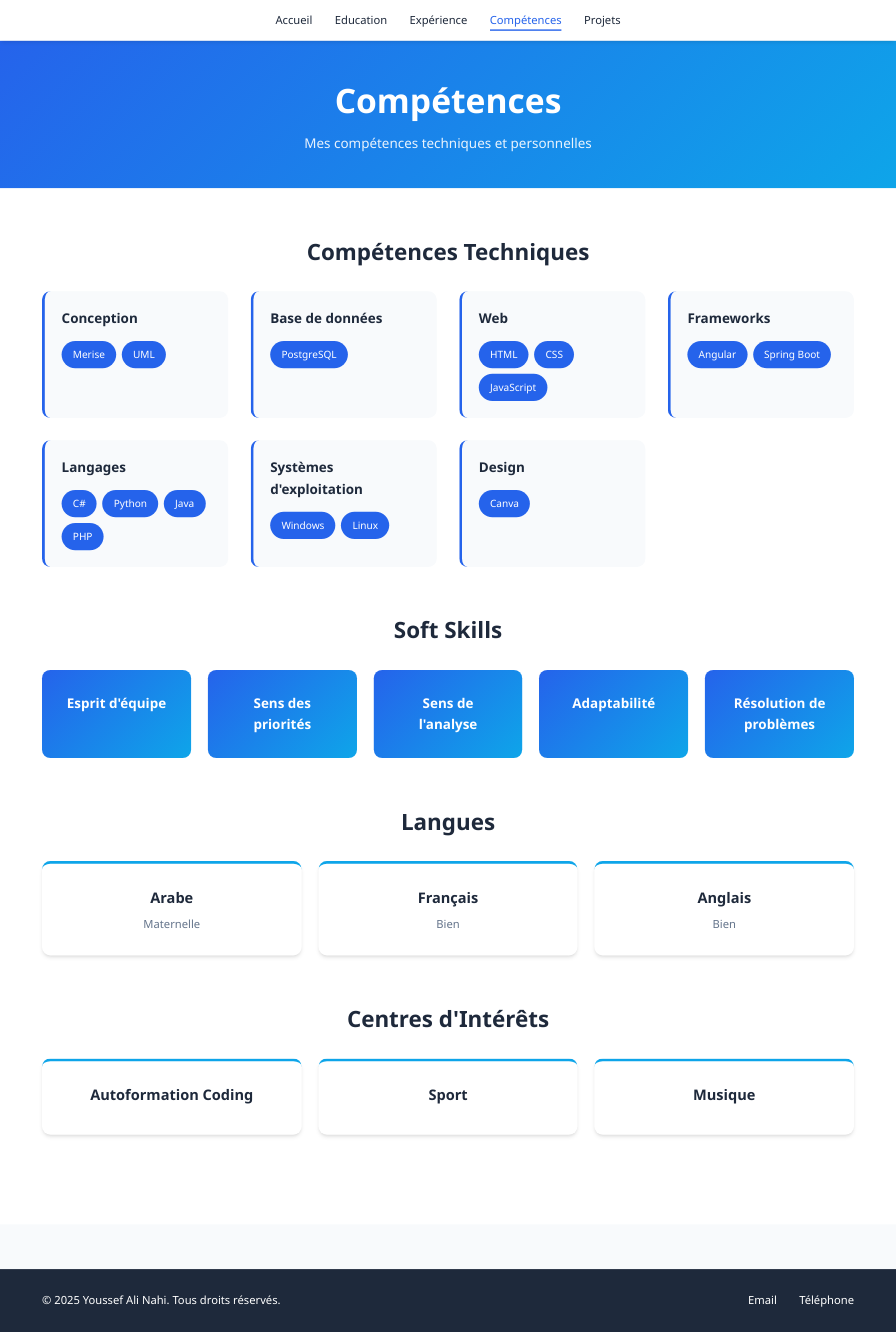
Repository: Youssef-Nahi504/My_Portfolio
Page: competences.html
These files come from the project's save history. The page is drawn as it stood at one moment and after a run of saves; the edit follows.
The browser window is 1280 px wide. The pictures show the whole page, at 70% of full size.

Above is the page before, as saved 2025-12-19 16:14:28.

### competences.html
<!DOCTYPE html>
<html lang="fr">
<head>
    <meta charset="UTF-8">
    <meta name="viewport" content="width=device-width, initial-scale=1.0">
    <title>Compétences - Youssef Ali Nahi</title>
    <link rel="stylesheet" href="style.css">
</head>
<body>
    <nav class="navbar">
        <div class="nav-container">
            <ul class="nav-menu">
                <li><a href="index.html">Accueil</a></li>
                <li><a href="Education.html" >Education</a></li>
                <li><a href="experience.html">Expérience</a></li>
                <li><a href="competences.html" class="active">Compétences</a></li>
                <li><a href="projets.html">Projets</a></li>
            </ul>
            <div class="hamburger">
                <span></span>
                <span></span>
                <span></span>
            </div>
        </div>
    </nav>

    <main>
        <section class="page-header">
            <div class="container">
                <h1>Compétences</h1>
                <p>Mes compétences techniques et personnelles</p>
            </div>
        </section>

        <section class="skills-section">
            <div class="container">
                <div class="skills-category">
                    <h2 class="category-title">Compétences Techniques</h2>
                    <div class="skills-grid">
                        <div class="skill-group">
                            <h3>Conception</h3>
                            <div class="skill-tags">
                                <span class="skill-tag">Merise</span>
                                <span class="skill-tag">UML</span>
                            </div>
                        </div>
                        <div class="skill-group">
                            <h3>Base de données</h3>
                            <div class="skill-tags">
                                <span class="skill-tag">PostgreSQL</span>
                            </div>
                        </div>
                        <div class="skill-group">
                            <h3>Web</h3>
                            <div class="skill-tags">
                                <span class="skill-tag">HTML</span>
                                <span class="skill-tag">CSS</span>
                                <span class="skill-tag">JavaScript</span>
                            </div>
                        </div>
                        <div class="skill-group">
                            <h3>Frameworks</h3>
                            <div class="skill-tags">
                                <span class="skill-tag">Angular</span>
                                <span class="skill-tag">Spring Boot</span>
                            </div>
                        </div>
                        <div class="skill-group">
                            <h3>Langages</h3>
                            <div class="skill-tags">
                                <span
                                <span class="skill-tag">C#</span>
                                <span class="skill-tag">Python</span>
                                <span class="skill-tag">Java</span>
                                <span class="skill-tag">PHP</span>
                            </div>
                        </div>
                        <div class="skill-group">
                            <h3>Systèmes d'exploitation</h3>
                            <div class="skill-tags">
                                <span class="skill-tag">Windows</span>
                                <span class="skill-tag">Linux</span>
                            </div>
                        </div>
                        <div class="skill-group">
                            <h3>Design</h3>
                            <div class="skill-tags">
                                <span class="skill-tag">Canva</span>
                            </div>
                        </div>
                    </div>
                </div>

                <div class="skills-category">
                    <h2 class="category-title">Soft Skills</h2>
                    <div class="soft-skills-grid">
                        <div class="soft-skill-card">
                            <h3>Esprit d'équipe</h3>
                        </div>
                        <div class="soft-skill-card">
                            <h3>Sens des priorités</h3>
                        </div>
                        <div class="soft-skill-card">
                            <h3>Sens de l'analyse</h3>
                        </div>
                        <div class="soft-skill-card">
                            <h3>Adaptabilité</h3>
                        </div>
                        <div class="soft-skill-card">
                            <h3>Résolution de problèmes</h3>
                        </div>
                    </div>
                </div>

                <div class="skills-category">
                    <h2 class="category-title">Langues</h2>
                    <div class="languages-grid">
                        <div class="language-card">
                            <h3>Arabe</h3>
                            <p>Maternelle</p>
                        </div>
                        <div class="language-card">
                            <h3>Français</h3>
                            <p>Bien</p>
                        </div>
                        <div class="language-card">
                            <h3>Anglais</h3>
                            <p>Bien</p>
                        </div>
                    </div>
                </div>

                <div class="skills-category">
                    <h2 class="category-title">Centres d'Intérêts</h2>
                    <div class="interests-grid">
                        <div class="interest-card">
                            <h3>Autoformation Coding</h3>
                        </div>
                        <div class="interest-card">
                            <h3>Sport</h3>
                        </div>
                        <div class="interest-card">
                            <h3>Musique</h3>
                        </div>
                    </div>
                </div>
            </div>
        </section>
    </main>

    <footer>
        <div class="container">
            <p>&copy; 2025 Youssef Ali Nahi. Tous droits réservés.</p>
            <div class="footer-links">
                <a href="mailto:nahiyoussef02@gmail.com">Email</a>
                <a href="tel:+212619303473">Téléphone</a>
            </div>
        </div>
    </footer>

    <script src="file.js"></script>
</body>
</html>

### style.css
* {
    margin: 0;
    padding: 0;
    box-sizing: border-box;
}

:root {
    --primary-color: #2563eb;
    --primary-dark: #1e40af;
    --secondary-color: #64748b;
    --accent-color: #0ea5e9;
    --text-dark: #1e293b;
    --text-light: #64748b;
    --bg-light: #f8fafc;
    --bg-white: #ffffff;
    --border-color: #e2e8f0;
    --shadow: 0 4px 6px -1px rgba(0, 0, 0, 0.1), 0 2px 4px -1px rgba(0, 0, 0, 0.06);
    --shadow-lg: 0 10px 15px -3px rgba(0, 0, 0, 0.1), 0 4px 6px -2px rgba(0, 0, 0, 0.05);
}

body {
    font-family: 'Segoe UI', Tahoma, Geneva, Verdana, sans-serif;
    line-height: 1.6;
    color: var(--text-dark);
    background-color: var(--bg-light);
}

.container {
    max-width: 1200px;
    margin: 0 auto;
    padding: 0 20px;
}

/* Navigation */
.navbar {
    background: var(--bg-white);
    box-shadow: var(--shadow);
    position: sticky;
    top: 0;
    z-index: 1000;
    padding: 1rem 0;
}

.nav-container {
    max-width: 1200px;
    margin: 0 auto;
    padding: 0 20px;
    display: flex;
  justify-content: center; /* horizontal */
  align-items: center;
}

.logo {
    font-size: 1.5rem;
    font-weight: bold;
    color: var(--primary-color);
    letter-spacing: 2px;
}

.nav-menu {
    display: flex;
    list-style: none;
    gap: 2rem;
}

.nav-menu a {
    text-decoration: none;
    color: var(--text-dark);
    font-weight: 500;
    transition: color 0.3s ease;
    position: relative;
}

.nav-menu a:hover,
.nav-menu a.active {
    color: var(--primary-color);
}

.nav-menu a.active::after {
    content: '';
    position: absolute;
    bottom: -5px;
    left: 0;
    width: 100%;
    height: 2px;
    background: var(--primary-color);
}

.hamburger {
    display: none;
    flex-direction: column;
    cursor: pointer;
    gap: 4px;
}

.hamburger span {
    width: 25px;
    height: 3px;
    background: var(--text-dark);
    transition: all 0.3s ease;
}

/* Hero Section */
.hero {
    background: linear-gradient(135deg, var(--primary-color) 0%, var(--accent-color) 100%);
    color: white;
    padding: 4rem 0;
    min-height: 80vh;
    display: flex;
    align-items: center;
}

.hero-content {
    max-width: 1200px;
    margin: 0 auto;
    padding: 0 20px;
    display: grid;
    grid-template-columns: 1fr 1fr;
    gap: 3rem;
    align-items: center;
}

.hero-text h1 {
    font-size: 3rem;
    margin-bottom: 0.5rem;
    font-weight: 700;
}

.hero-text h2 {
    font-size: 1.5rem;
    margin-bottom: 1.5rem;
    opacity: 0.9;
    font-weight: 400;
}

.hero-subtitle {
    font-size: 1.1rem;
    margin-bottom: 2rem;
    opacity: 0.95;
    line-height: 1.8;
}

.hero-buttons {
    display: flex;
    gap: 1rem;
    flex-wrap: wrap;
}

.btn {
    padding: 0.75rem 2rem;
    border-radius: 8px;
    text-decoration: none;
    font-weight: 600;
    transition: all 0.3s ease;
    display: inline-block;
}

.btn-primary {
    background: white;
    color: var(--primary-color);
}

.btn-primary:hover {
    transform: translateY(-2px);
    box-shadow: var(--shadow-lg);
}

.btn-secondary {
    background: transparent;
    color: white;
    border: 2px solid white;
}

.btn-secondary:hover {
    background: white;
    color: var(--primary-color);
}

.profile-card {
    background: rgba(255, 255, 255, 0.1);
    backdrop-filter: blur(10px);
    border-radius: 16px;
    padding: 2rem;
    border: 1px solid rgba(255, 255, 255, 0.2);
}

.profile-info p {
    margin-bottom: 1rem;
    font-size: 1rem;
}

.profile-info strong {
    display: inline-block;
    width: 140px;
}

/* About Section */
.about {
    padding: 4rem 0;
    background: var(--bg-white);
}

.section-title {
    font-size: 2.5rem;
    margin-bottom: 2rem;
    text-align: center;
    color: var(--text-dark);
}

.about-content {
    max-width: 800px;
    margin: 0 auto 3rem;
    text-align: center;
}

.about-content p {
    font-size: 1.1rem;
    color: var(--text-light);
    margin-bottom: 1.5rem;
    line-height: 1.8;
}

.quick-links {
    display: grid;
    grid-template-columns: repeat(auto-fit, minmax(250px, 1fr));
    gap: 2rem;
    margin-top: 3rem;
}

.quick-link-card {
    background: var(--bg-white);
    padding: 2rem;
    border-radius: 12px;
    text-decoration: none;
    color: var(--text-dark);
    box-shadow: var(--shadow);
    transition: all 0.3s ease;
    border: 2px solid transparent;
}

.quick-link-card:hover {
    transform: translateY(-5px);
    box-shadow: var(--shadow-lg);
    border-color: var(--primary-color);
}

.quick-link-card h3 {
    color: var(--primary-color);
    margin-bottom: 0.5rem;
    font-size: 1.5rem;
}

.quick-link-card p {
    color: var(--text-light);
}

/* Page Header */
.page-header {
    background: linear-gradient(135deg, var(--primary-color) 0%, var(--accent-color) 100%);
    color: white;
    padding: 3rem 0;
    text-align: center;
}

.page-header h1 {
    font-size: 3rem;
    margin-bottom: 0.5rem;
}

.page-header p {
    font-size: 1.2rem;
    opacity: 0.9;
}

/* Experience Section */
.experience-section {
    padding: 4rem 0;
    background: var(--bg-white);
}

.timeline {
    position: relative;
    max-width: 900px;
    margin: 0 auto;
    padding: 2rem 0;
}

.timeline::before {
    content: '';
    position: absolute;
    left: 30px;
    top: 0;
    bottom: 0;
    width: 2px;
    background: var(--border-color);
}

.timeline-item {
    position: relative;
    margin-bottom: 3rem;
    padding-left: 80px;
}

.timeline-marker {
    position: absolute;
    left: 22px;
    top: 0;
    width: 16px;
    height: 16px;
    border-radius: 50%;
    background: var(--primary-color);
    border: 4px solid var(--bg-white);
    box-shadow: var(--shadow);
}

.timeline-content {
    background: var(--bg-white);
    padding: 2rem;
    border-radius: 12px;
    box-shadow: var(--shadow);
    transition: all 0.3s ease;
}

.timeline-content:hover {
    box-shadow: var(--shadow-lg);
    transform: translateX(5px);
}

.timeline-date {
    color: var(--primary-color);
    font-weight: 600;
    margin-bottom: 0.5rem;
    font-size: 0.9rem;
}

.timeline-content h3 {
    color: var(--text-dark);
    margin-bottom: 0.25rem;
    font-size: 1.5rem;
}

.timeline-content h4 {
    color: var(--text-light);
    margin-bottom: 1rem;
    font-weight: 500;
}

.timeline-content ul {
    list-style: none;
    padding-left: 0;
}

.timeline-content li {
    padding-left: 1.5rem;
    position: relative;
    margin-bottom: 0.5rem;
    color: var(--text-light);
}

.timeline-content li::before {
    content: '▸';
    position: absolute;
    left: 0;
    color: var(--primary-color);
}

/* Education Section */
.education-section {
    padding: 4rem 0;
    background: var(--bg-light);
}

.education-grid {
    display: grid;
    grid-template-columns: repeat(auto-fit, minmax(300px, 1fr));
    gap: 2rem;
    max-width: 900px;
    margin: 0 auto;
}

.education-card {
    background: var(--bg-white);
    padding: 2rem;
    border-radius: 12px;
    box-shadow: var(--shadow);
    transition: all 0.3s ease;
    border-top: 4px solid var(--primary-color);
}

.education-card:hover {
    transform: translateY(-5px);
    box-shadow: var(--shadow-lg);
}

.education-year {
    color: var(--primary-color);
    font-weight: 600;
    margin-bottom: 1rem;
    font-size: 0.9rem;
}

.education-card h3 {
    color: var(--text-dark);
    margin-bottom: 0.5rem;
    font-size: 1.3rem;
}

.education-card h4 {
    color: var(--text-light);
    margin-bottom: 1rem;
    font-weight: 500;
}

.education-institution {
    color: var(--text-light);
    font-style: italic;
}

/* Skills Section */
.skills-section {
    padding: 4rem 0;
    background: var(--bg-white);
}

.skills-category {
    margin-bottom: 4rem;
}

.category-title {
    font-size: 2rem;
    margin-bottom: 2rem;
    color: var(--text-dark);
    text-align: center;
}

.skills-grid {
    display: grid;
    grid-template-columns: repeat(auto-fit, minmax(250px, 1fr));
    gap: 2rem;
}

.skill-group {
    background: var(--bg-light);
    padding: 1.5rem;
    border-radius: 12px;
    border-left: 4px solid var(--primary-color);
}

.skill-group h3 {
    color: var(--text-dark);
    margin-bottom: 1rem;
    font-size: 1.2rem;
}

.skill-tags {
    display: flex;
    flex-wrap: wrap;
    gap: 0.5rem;
}

.skill-tag {
    background: var(--primary-color);
    color: white;
    padding: 0.5rem 1rem;
    border-radius: 20px;
    font-size: 0.9rem;
    font-weight: 500;
}

.soft-skills-grid {
    display: grid;
    grid-template-columns: repeat(auto-fit, minmax(200px, 1fr));
    gap: 1.5rem;
}

.soft-skill-card {
    background: linear-gradient(135deg, var(--primary-color) 0%, var(--accent-color) 100%);
    color: white;
    padding: 2rem;
    border-radius: 12px;
    text-align: center;
    transition: all 0.3s ease;
}

.soft-skill-card:hover {
    transform: translateY(-5px);
    box-shadow: var(--shadow-lg);
}

.soft-skill-card h3 {
    font-size: 1.2rem;
}

.languages-grid,
.interests-grid {
    display: grid;
    grid-template-columns: repeat(auto-fit, minmax(200px, 1fr));
    gap: 1.5rem;
}

.language-card,
.interest-card {
    background: var(--bg-white);
    padding: 2rem;
    border-radius: 12px;
    box-shadow: var(--shadow);
    text-align: center;
    transition: all 0.3s ease;
    border-top: 4px solid var(--accent-color);
}

.language-card:hover,
.interest-card:hover {
    transform: translateY(-5px);
    box-shadow: var(--shadow-lg);
}

.language-card h3,
.interest-card h3 {
    color: var(--text-dark);
    margin-bottom: 0.5rem;
    font-size: 1.3rem;
}

.language-card p {
    color: var(--text-light);
    font-weight: 500;
}

/* Projects Section */
.projects-section {
    padding: 4rem 0;
    background: var(--bg-white);
}

.projects-grid {
    display: grid;
    grid-template-columns: repeat(auto-fit, minmax(300px, 1fr));
    gap: 2rem;
}

.project-card {
    background: var(--bg-white);
    padding: 2rem;
    border-radius: 12px;
    box-shadow: var(--shadow);
    transition: all 0.3s ease;
    border-top: 4px solid var(--primary-color);
}

.project-card:hover {
    transform: translateY(-5px);
    box-shadow: var(--shadow-lg);
}

.project-icon {
    font-size: 3rem;
    margin-bottom: 1rem;
}

.project-card h3 {
    color: var(--text-dark);
    margin-bottom: 0.75rem;
    font-size: 1.4rem;
}

.project-tech {
    color: var(--primary-color);
    font-weight: 600;
    margin-bottom: 1rem;
    font-size: 0.9rem;
}

.project-description {
    color: var(--text-light);
    line-height: 1.7;
}

/* Footer */
footer {
    background: var(--text-dark);
    color: white;
    padding: 2rem 0;
    margin-top: 4rem;
}

footer .container {
    display: flex;
    justify-content: space-between;
    align-items: center;
    flex-wrap: wrap;
    gap: 1rem;
}

.footer-links {
    display: flex;
    gap: 2rem;
}

.footer-links a {
    color: white;
    text-decoration: none;
    transition: color 0.3s ease;
}

.footer-links a:hover {
    color: var(--accent-color);
}

/* Responsive Design */
@media (max-width: 768px) {
    .hamburger {
        display: flex;
    }

    .nav-menu {
        position: fixed;
        left: -100%;
        top: 70px;
        flex-direction: column;
        background: var(--bg-white);
        width: 100%;
        text-align: center;
        transition: 0.3s;
        box-shadow: var(--shadow);
        padding: 2rem 0;
        gap: 0;
    }

    .nav-menu.active {
        left: 0;
    }

    .nav-menu li {
        margin: 1rem 0;
    }

    .hero-content {
        grid-template-columns: 1fr;
        text-align: center;
    }

    .hero-text h1 {
        font-size: 2rem;
    }

    .hero-text h2 {
        font-size: 1.2rem;
    }

    .section-title {
        font-size: 2rem;
    }

    .page-header h1 {
        font-size: 2rem;
    }

    .timeline::before {
        left: 15px;
    }

    .timeline-item {
        padding-left: 50px;
    }

    .timeline-marker {
        left: 7px;
    }

    .quick-links {
        grid-template-columns: 1fr;
    }

    footer .container {
        flex-direction: column;
        text-align: center;
    }
}

@media (max-width: 480px) {
    .hero {
        padding: 2rem 0;
        min-height: auto;
    }

    .hero-text h1 {
        font-size: 1.5rem;
    }

    .btn {
        padding: 0.6rem 1.5rem;
        font-size: 0.9rem;
    }

    .projects-grid,
    .education-grid {
        grid-template-columns: 1fr;
    }
}

### file.js
// Mobile Navigation Toggle
const hamburger = document.querySelector('.hamburger');
const navMenu = document.querySelector('.nav-menu');

if (hamburger && navMenu) {
    hamburger.addEventListener('click', () => {
        navMenu.classList.toggle('active');

        // Animate hamburger
        const spans = hamburger.querySelectorAll('span');
        if (navMenu.classList.contains('active')) {
            spans[0].style.transform = 'rotate(45deg) translate(5px, 5px)';
            spans[1].style.opacity = '0';
            spans[2].style.transform = 'rotate(-45deg) translate(7px, -6px)';
        } else {
            spans[0].style.transform = 'none';
            spans[1].style.opacity = '1';
            spans[2].style.transform = 'none';
        }
    });

    // Close menu when clicking on a link
    document.querySelectorAll('.nav-menu a').forEach(link => {
        link.addEventListener('click', () => {
            navMenu.classList.remove('active');
            const spans = hamburger.querySelectorAll('span');
            spans[0].style.transform = 'none';
            spans[1].style.opacity = '1';
            spans[2].style.transform = 'none';
        });
    });

    // Close menu when clicking outside
    document.addEventListener('click', (e) => {
        if (!hamburger.contains(e.target) && !navMenu.contains(e.target)) {
            navMenu.classList.remove('active');
            const spans = hamburger.querySelectorAll('span');
            spans[0].style.transform = 'none';
            spans[1].style.opacity = '1';
            spans[2].style.transform = 'none';
        }
    });
}

// Smooth scroll for anchor links
document.querySelectorAll('a[href^="#"]').forEach(anchor => {
    anchor.addEventListener('click', function (e) {
        e.preventDefault();
        const target = document.querySelector(this.getAttribute('href'));
        if (target) {
            target.scrollIntoView({
                behavior: 'smooth',
                block: 'start'
            });
        }
    });
});

// Add scroll animation
const observerOptions = {
    threshold: 0.1,
    rootMargin: '0px 0px -50px 0px'
};

const observer = new IntersectionObserver((entries) => {
    entries.forEach(entry => {
        if (entry.isIntersecting) {
            entry.target.style.opacity = '1';
            entry.target.style.transform = 'translateY(0)';
        }
    });
}, observerOptions);

// Observe elements for animation
document.addEventListener('DOMContentLoaded', () => {
    const animateElements = document.querySelectorAll('.project-card, .education-card, .timeline-item, .skill-group, .soft-skill-card, .language-card, .interest-card, .quick-link-card');

    animateElements.forEach(el => {
        el.style.opacity = '0';
        el.style.transform = 'translateY(20px)';
        el.style.transition = 'opacity 0.6s ease, transform 0.6s ease';
        observer.observe(el);
    });
});

// Add active page highlighting
document.addEventListener('DOMContentLoaded', () => {
    const currentPage = window.location.pathname.split('/').pop() || 'index.html';
    const navLinks = document.querySelectorAll('.nav-menu a');

    navLinks.forEach(link => {
        const linkPage = link.getAttribute('href');
        if (linkPage === currentPage || (currentPage === '' && linkPage === 'index.html')) {
            link.classList.add('active');
        } else {
            link.classList.remove('active');
        }
    });
});

After the next 6 saves:
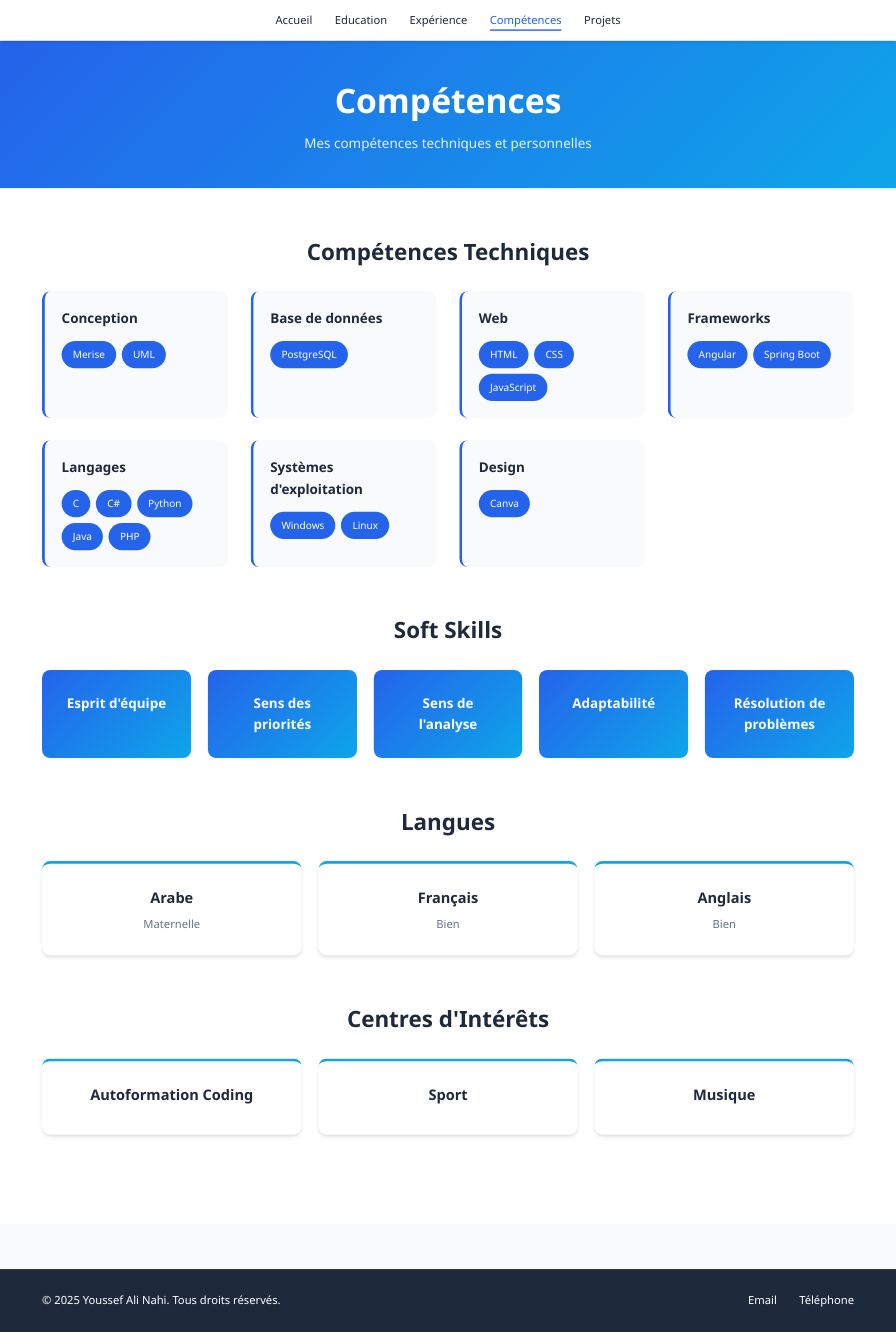
The 6 saves are shown as one change because they came seconds apart.
The last was saved 17 s later.
--- a/competences.html
+++ b/competences.html
@@ -68,7 +68,7 @@
                         <div class="skill-group">
                             <h3>Langages</h3>
                             <div class="skill-tags">
-                                <span
+                                <span class="skill-tag">C</span>
                                 <span class="skill-tag">C#</span>
                                 <span class="skill-tag">Python</span>
                                 <span class="skill-tag">Java</span>
